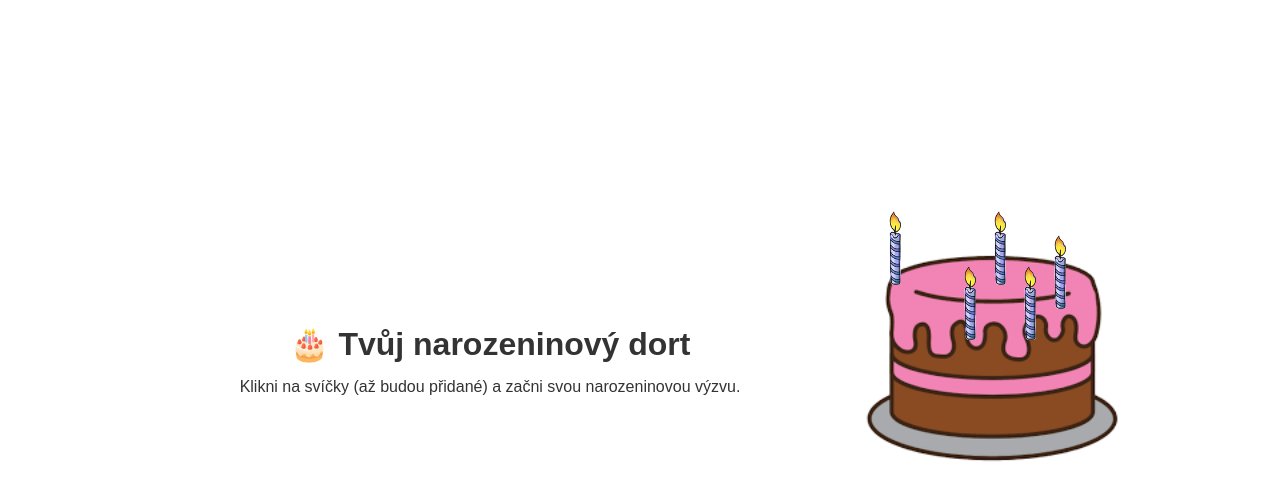
Repository: DanielMicka/darek
Page: html/cake.html
These files come from the project's save history. The page is drawn as it stood at one moment and after the next save; the edit follows.
The browser window is 1280 px wide. The pictures show the whole page.

Above is the page before, as saved 2026-06-13 19:22:04.

### html/cake.html
<!DOCTYPE html>
<html lang="cs">

<head>
    <meta charset="UTF-8">
    <title>Dort 🎂</title>
    <link rel="stylesheet" href="styles.css">
</head>

<body>

    <div class="container fade">

        <h2>🎂 Tvůj narozeninový dort</h2>

        <p>Klikni na svíčky (až budou přidané) a začni svou narozeninovou výzvu.</p>


    </div>

        <div class="cake-wrapper">
            <img src="/cake.png" class="cake">

            <!-- Svíčka 1 -->
            <img src="/svíčka_ende.png" class="candle c1" data-id="1">

            <!-- Svíčka 2 -->
            <img src="/svíčka_ende.png" class="candle c2" data-id="2">

            <!-- Svíčka 3 -->
            <img src="/svíčka_ende.png" class="candle c3" data-id="3">

            <!-- Svíčka 4 -->
            <img src="/svíčka_ende.png" class="candle c4" data-id="4">

            <!-- Svíčka 5 -->
            <img src="/svíčka_ende.png" class="candle c5" data-id="5">
        </div>


</body>

</html>

### html/styles.css
/* Reset */
* {
    margin: 0;
    padding: 0;
    box-sizing: border-box;
}

body {
    font-family: "Poppins", sans-serif;
    background: white;
    color: #333;
    display: flex;
    justify-content: center;
    align-items: center;
    min-height: 100vh; /* vždy na střed */
    text-align: center;
    padding: 20px;
}

/* Kontejner pro obsah */
.container {
    max-width: 700px;
    width: 100%;
}

/* Obrázky */
img {
    max-width: 100%;
    height: auto;
}

/* Tlačítko */
.btn {
    margin-top: 35px;
    padding: 15px 35px;
    font-size: 1.2rem;
    border: none;
    border-radius: 30px;
    background: #4aa3ff;
    color: white;
    cursor: pointer;
    transition: 0.3s;
}

.btn:hover {
    background: #1f8bff;
    transform: scale(1.05);
}

/* Nadpisy */
h1 {
    font-size: 2.6rem;
    margin-bottom: 15px;
}

h2 {
    font-size: 2rem;
    margin-bottom: 15px;
}

/* Animace */
@keyframes fadeIn {
    from { opacity: 0; transform: translateY(20px); }
    to   { opacity: 1; transform: translateY(0); }
}

.fade {
    animation: fadeIn 1.2s ease;
}
.cake-wrapper {
    position: relative;
    display: inline-block;
}

.cake {
    width: 300px;
}

/* Všechny svíčky */
.candle {
    position: absolute;
    width: 80px; /* upravíš podle obrázku */
    cursor: pointer;
}
/* Svíčka 1 */
.c1 {
    top: 0.1%;
    left: 5%;
}

/* Svíčka 2 */
.c2 {
    top: 0.01%;
    left: 40%;
}

/* Svíčka 3 */
.c3 {
    top: 8%;
    left: 60%;
}

/* Svíčka 4 */
.c4 {
    top: 18%;
    left: 30%;
}

/* Svíčka 5 */
.c5 {
    top: 18%;
    left: 50%;
}

After the next save:
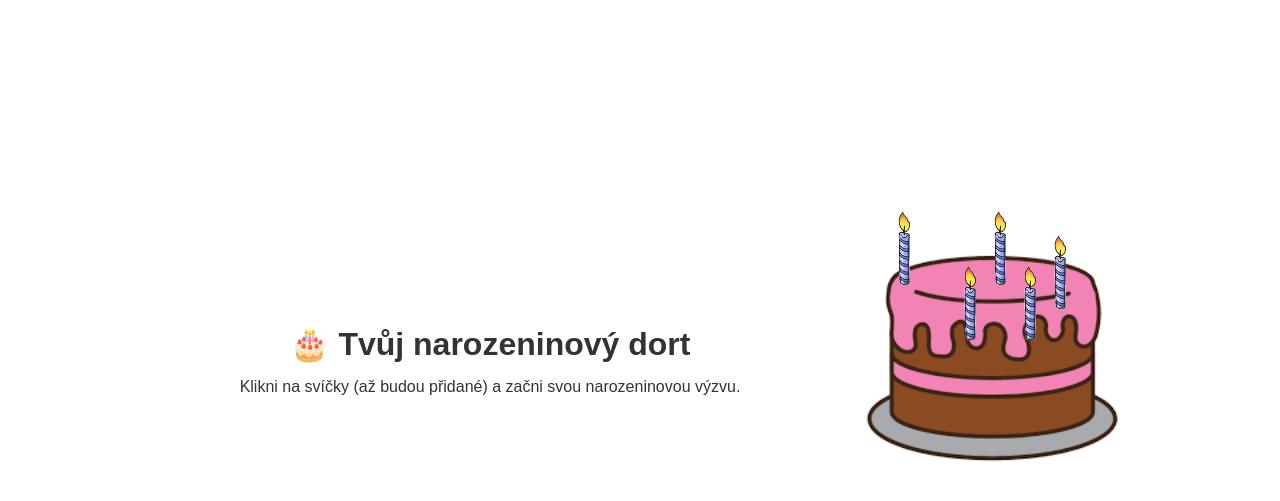
Saved 36 s later.
--- a/html/styles.css
+++ b/html/styles.css
@@ -85,7 +85,7 @@
 /* Svíčka 1 */
 .c1 {
     top: 0.1%;
-    left: 5%;
+    left: 8%;
 }
 
 /* Svíčka 2 */
